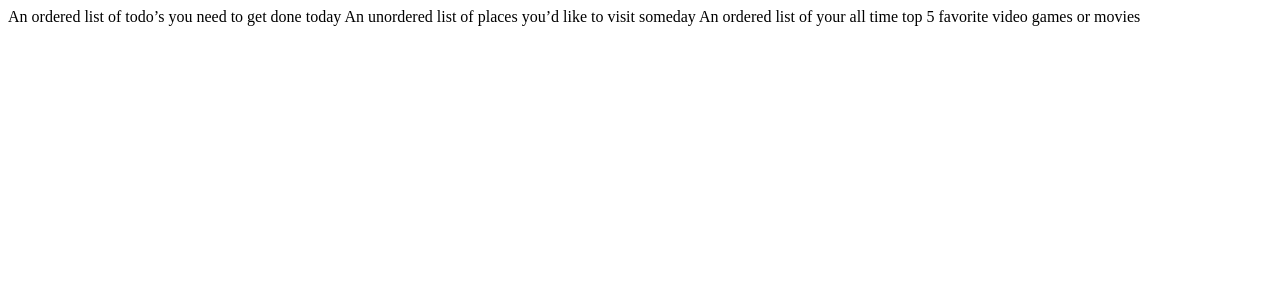
Repository: nashthecoder/code4days
Page: shopping_list/index.html
These files come from the project's save history. The page is drawn as it stood at one moment and after the next save; the edit follows.
The browser window is 1280 px wide. The pictures show the whole page.

Above is the page before, as saved 2023-03-16 15:14:51.

### shopping_list/index.html

<!-- An unordered shopping list of your favorite foods -->
An ordered list of todo’s you need to get done today
An unordered list of places you’d like to visit someday
An ordered list of your all time top 5 favorite video games or movies

After the next save:
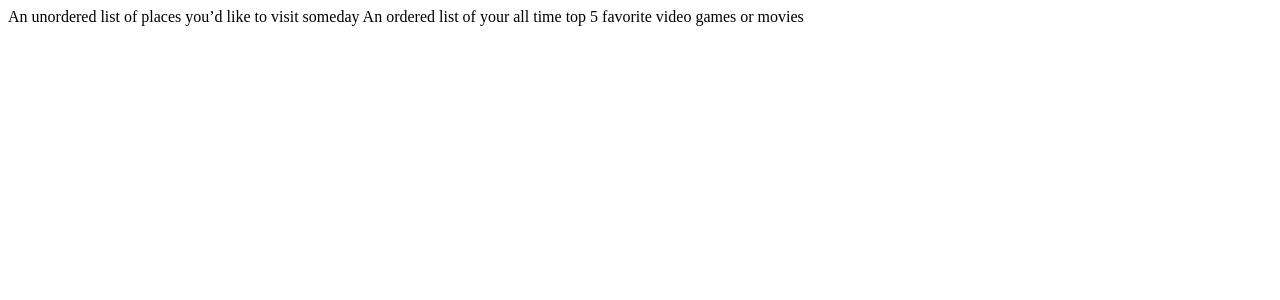
Saved 4 s later.
--- a/shopping_list/index.html
+++ b/shopping_list/index.html
@@ -1,5 +1,5 @@
 
 <!-- An unordered shopping list of your favorite foods -->
-An ordered list of todo’s you need to get done today
+<!-- An ordered list of todo’s you need to get done today -->
 An unordered list of places you’d like to visit someday
 An ordered list of your all time top 5 favorite video games or movies
